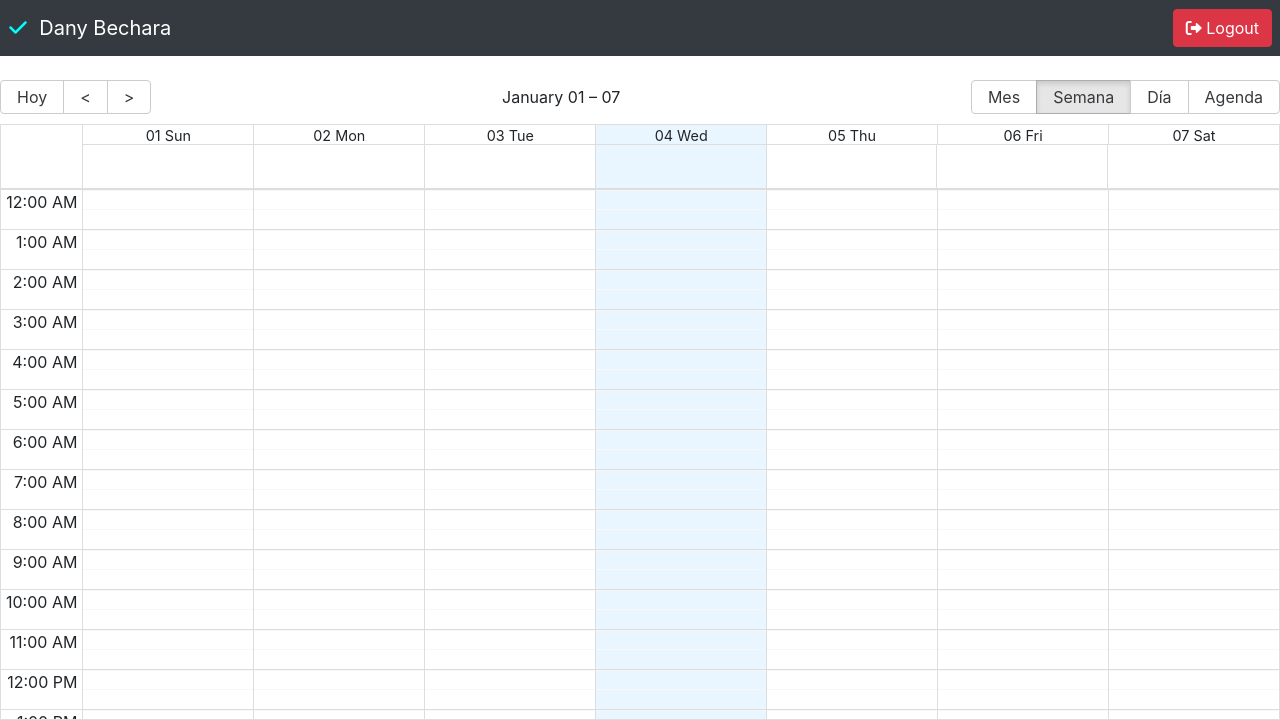
Repository: bechara611/calendar-frontend
Page: /
These files come from the project's save history. The page is drawn as it stood at one moment and after the next save; the edit follows.
The browser window is 1280 px wide. The pictures show the whole page.
An inner scrolling area shows only its first screen. The project was rebuilt for these pictures with package versions that can differ from the ones it lists, and the page was loaded fresh each time. Also part of the build but not shown: vite.config.js. Imported but missing from the stored project, and not drawn on this page: src/auth.

Above is the page before, as saved 2023-01-05 11:11:13.

After the next save:
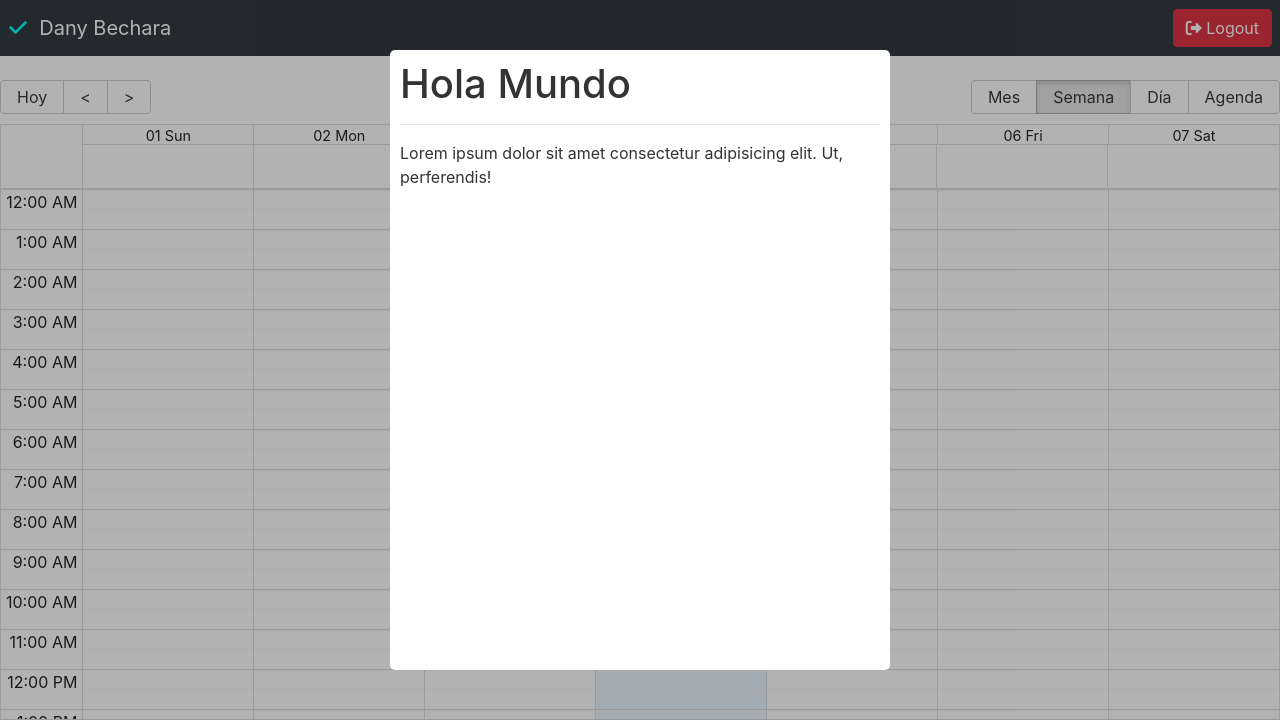
Saved 17 s later.
--- a/src/calendar/components/CalendarModal.jsx
+++ b/src/calendar/components/CalendarModal.jsx
@@ -1,6 +1,7 @@
 import React, { useState } from 'react'
 import ReactModal from 'react-modal'
 import Modal from 'react-modal'
+import './CalendarModal.css'
 const customStyles = {
     content: {
         top: '50%',
